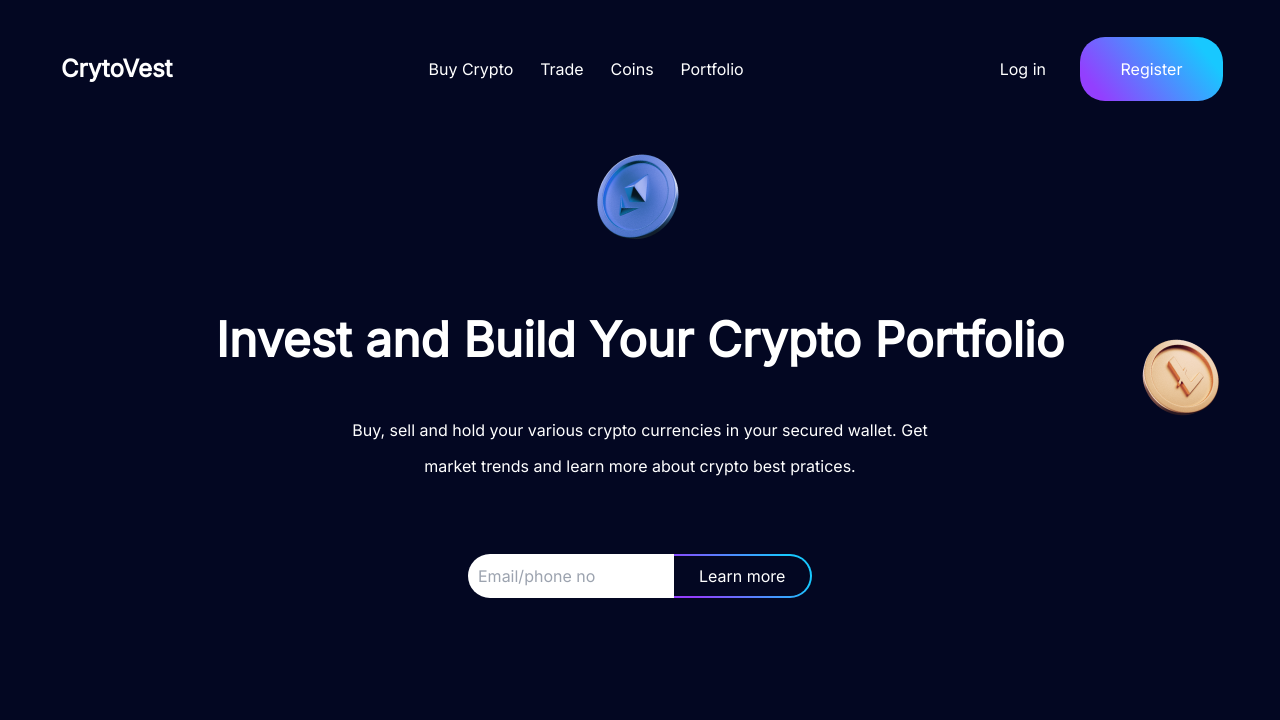
Repository: Eugene44-hub/cryptovest
Page: /
These files come from the project's save history. The page is drawn as it stood at one moment and after the next save; the edit follows.
The browser window is 1280 px wide. The pictures show the whole page.
The project was rebuilt for these pictures with package versions that can differ from the ones it lists, and the page was loaded fresh each time. Also part of the build but not shown: vite.config.ts.

Above is the page before, as saved 2022-07-15 23:26:46.

### src/App.tsx
import Home from "./pages/home/Home"

function App() {

  return (
    <div className="App">
      <Home/>

    </div>
  )
}

export default App

### src/index.css
@import url('https://fonts.googleapis.com/css2?family=Inter&display=swap');
@tailwind base;
@tailwind components;
@tailwind utilities;
body {
    margin: 0;
    font-family: 'Inter', sans-serif;
    -webkit-font-smoothing: antialiased;
    -moz-osx-font-smoothing: grayscale;
    padding: 0;
    background-color: rgba(3, 7, 34, 1);
}

code {
    font-family: source-code-pro, Menlo, Monaco, Consolas, 'Courier New', monospace;
}

.container {
    max-width: 1440px;
    margin: 0 auto;
}

### src/pages/home/Home.tsx
import React from 'react'
import Hero from '../../components/hero/Hero'
import Nav from '../../components/nav/Nav'

const Home = () => {
  return (
    <div>
      <Nav/>
      <Hero/>
    </div>
  )
}

export default Home

### src/components/hero/Hero.tsx
import React from 'react'
import etherum from "../../assets/images/hero/EtheriumCoin.png"
import bitcoin from "../../assets/images/hero/Bitcoin.png"
import monero from "../../assets/images/hero/Monero.png"
import liteCoin from "../../assets/images/hero/LiteCoin.png"
import styles from "./Hero.module.scss"
const Hero = () => {
  return (
    <section>
      <article className={`${styles.container} container px-[24px]`}>

        <img src={etherum} className="m-auto w-[20%] md:w-auto mt-[10px]" alt="etherum" />

        <div className='mt-[17px] flex-wrap flex'>

          <div className=' w-full relative'>
          <header className={`${styles.header} text-white text-center`}>
            Invest and Build Your Crypto Portfolio
          </header>
          <figure className='flex w-full justify-end md:absolute top-0'>
          <img src={liteCoin} className={"w-[20%] md:w-[auto] md:w-[10%]  "} alt="" />
          </figure>
          </div>

          <div className='w-full sm:w-[60%] m-auto md:order-2 md:mt-0 mt-[3px] '>
          <div className='flex md:w-[344px] m-auto rounded-[25px] mt-[3px] overflow-hidden'>
            <input type="text" className='p-[10px] w-[60%]' placeholder='Email/phone no' />
            <div className={`${styles.btnContainer} flex-1 p-[2px]  pl-0`}>
              <button className={` w-full h-full  ${styles.inputBtn}`}>
                Learn more
              </button>
            </div>
          </div>
          </div>

          {/* <figure>
            <img src={bitcoin} className="w-[20%] mt-[8px]" alt="bitcoin" />
          </figure> */}

          <div className='text-center w-[90%] mt-[36px] mb-[67px] md:max-w-[626px] mt-[11px] mt-[] leading-[36px] m-auto'>
            <p className="text-white">
            Buy, sell and hold your various crypto currencies in your secured wallet. Get market trends and learn more about crypto best pratices.
            </p>
            {/* <img src={monero} className="mt-[17px] w-[20%] m-auto" alt="monero" /> */}
          </div>
        </div>

      </article>
    </section>
  )
}

export default Hero

### src/components/nav/Nav.tsx
import React from 'react'
import styles from "./Nav.module.scss"
const navItems = ["Buy Crypto", "Trade", "Coins", "Portfolio"]
import { AiOutlineMenu } from "react-icons/ai"

const Nav = () => {
  return (
    <nav className='pt-[37px]'>
      <div className='container  px-[24px] md:pl-[61px] md:pr-[57px] text-white'>
        <div className='flex justify-between items-center'>
          <span className={`font-[700] ${styles.banner}`}>
            CrytoVest
          </span>
          <div className='hidden lg:flex justify-between items-center flex-1'>
            <ul className='flex font-[500] m-auto lg:w-[50%] xl:w-[30%]  justify-between'>
              {navItems.map((item, index) => (<li key={index}>{item}</li>))}
            </ul>
            <div className='font-[500]'>
              <button className='mr-[34px]'>
                Log in
              </button>
              <button className={`${styles.btn} w-[143px]`}>
                Register
              </button>
            </div>
          </div>
          <AiOutlineMenu color="white" size={24} className="font-bold lg:hidden" />
        </div>


      </div>
    </nav>
  )
}

export default Nav

### src/components/hero/Hero.module.scss
@import "../../sass";
.container {
    .header {
        font-weight: 900;
        font-size: 48px;
        @include devices(1200px) {
            font-size: 30px;
        }
        @include devices(768px) {
            font-size: 24px;
        }
    }
    .btnContainer {
        background: $gradient1
    }
    .inputBtn {
        background: $bgColor;
        color: white;
        border-radius: 0px 25px 25px 0px;
    }
}

### src/components/nav/Nav.module.scss
@import "../../sass/index.scss";
.banner {
    font-size: rem(24);
}

.btn {
    @include setBtn($gradient1);
}

### src/sass/index.scss
@import "./config";

### src/sass/config/_index.scss
@import "variables";
@import "utilities";
@import "mixins&funcs";

### src/sass/config/_variables.scss
$gradient1:linear-gradient(231.7deg, #18C8FF 15.39%, #933FFE 87.39%);
$gradient: linear-gradient(180.01deg, rgba(245, 245, 245, 0.53) 0.39%, rgba(205, 96, 188, 0.5) 24.76%, rgba(56, 77, 130, 0.26) 63.89%, rgba(105, 30, 226, 0.03) 92.45%);
$bgColor:rgba(3, 7, 34, 1);
$purple1:rgba(185, 130, 255, 1);
$purple1:rgba(132, 112, 255, 1);
$grey1:rgba(255, 255, 255, 1);

### src/sass/config/_utilities.scss
/*
➡️ 0px -480px -  Smaller Smartphones

➡️ 481px -768px  - Tablets & larger smartphones

➡️ 769px -1279px  -  Laptops, larger tablets
in landscape, and small desktops

➡️ 1280px+ - Larger desktops and monitors
*/

%btn {
    border-radius: 25px;
    padding: 20px 0;
}

### src/sass/config/_mixins&funcs.scss
@use "sass:math";
@function rem($px, $default:16) {
    @return (math.div($px, $default)*1rem);
}

@mixin devices($device) {
    @media screen and (max-width: $device) {
        @content;
    }
}

@mixin setBtn($bgColor) {
    background: $bgColor;
    color: white;
    @extend %btn
}

Loaded but not shown: index.html (common file); src/main.tsx (common file); tailwind.config.js (common file)

After the next save:
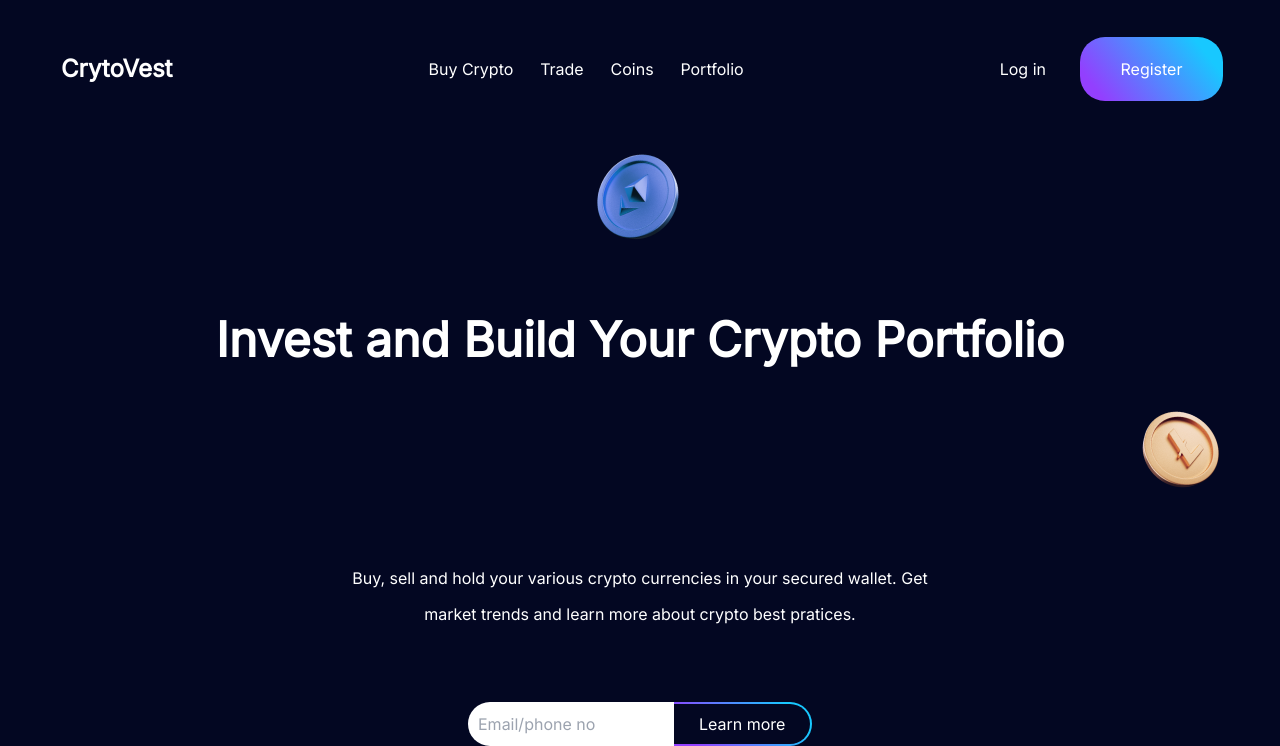
Saved 40 s later.
--- a/src/components/hero/Hero.tsx
+++ b/src/components/hero/Hero.tsx
@@ -17,7 +17,7 @@
           <header className={`${styles.header} text-white text-center`}>
             Invest and Build Your Crypto Portfolio
           </header>
-          <figure className='flex w-full justify-end md:absolute top-0'>
+          <figure className='flex w-full justify-end LG:absolute top-0'>
           <img src={liteCoin} className={"w-[20%] md:w-[auto] md:w-[10%]  "} alt="" />
           </figure>
           </div>

After the 2 saves that followed:
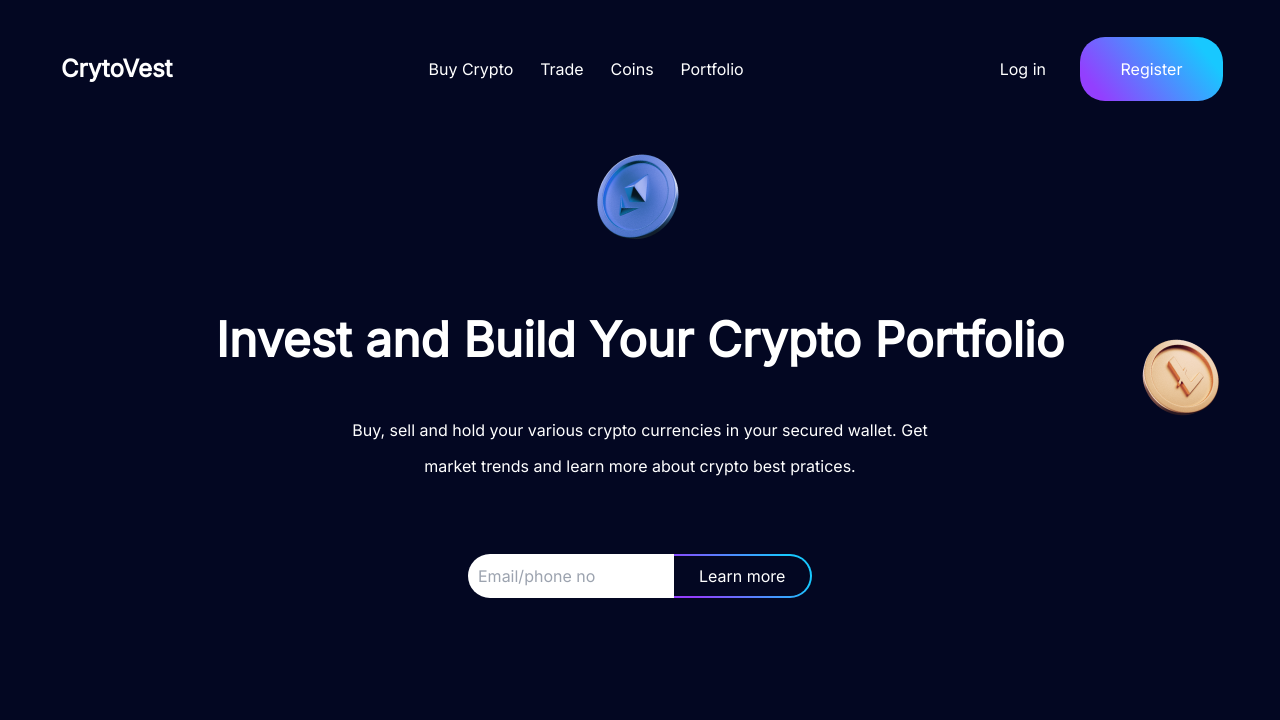
The 2 saves are shown as one change because 1 left the picture as it was.
The last was saved 3 min 7 s later.
--- a/src/components/hero/Hero.tsx
+++ b/src/components/hero/Hero.tsx
@@ -17,7 +17,7 @@
           <header className={`${styles.header} text-white text-center`}>
             Invest and Build Your Crypto Portfolio
           </header>
-          <figure className='flex w-full justify-end LG:absolute top-0'>
+          <figure className='flex w-full justify-end lg:absolute top-0'>
           <img src={liteCoin} className={"w-[20%] md:w-[auto] md:w-[10%]  "} alt="" />
           </figure>
           </div>
@@ -37,7 +37,7 @@
             <img src={bitcoin} className="w-[20%] mt-[8px]" alt="bitcoin" />
           </figure> */}
 
-          <div className='text-center w-[90%] mt-[36px] mb-[67px] md:max-w-[626px] mt-[11px] mt-[] leading-[36px] m-auto'>
+          <div className='text-center w-[90%] lg:mt-[36px] mb-[67px] md:max-w-[626px] mt-[11px] mt-[] leading-[36px] m-auto'>
             <p className="text-white">
             Buy, sell and hold your various crypto currencies in your secured wallet. Get market trends and learn more about crypto best pratices.
             </p>
